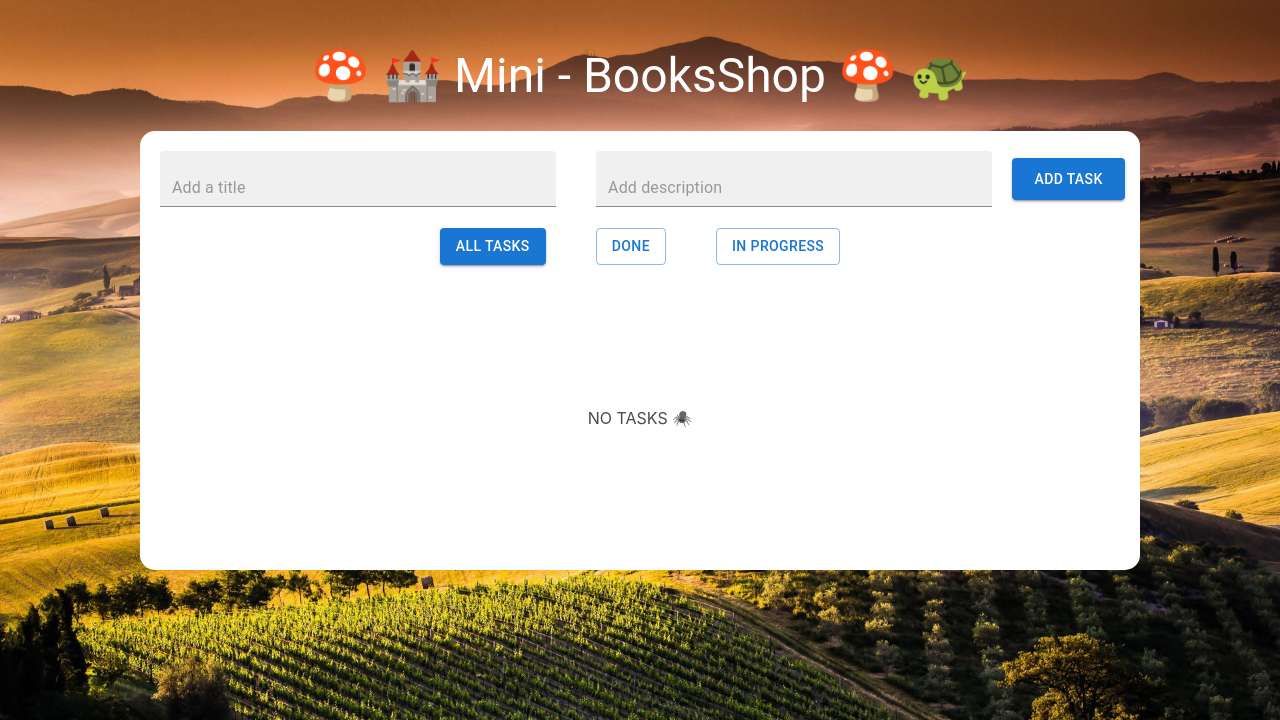
Repository: Tracy-maker/mini-bookshop
Page: /
These files come from the project's save history. The page is drawn as it stood at one moment and after a run of saves; the edit follows.
The browser window is 1280 px wide. The pictures show the whole page.
The project was rebuilt for these pictures with package versions that can differ from the ones it lists, and the page was loaded fresh each time. Also part of the build but not shown: src/components/TaskEdit.js, src/components/TaskShow.js.

Above is the page before, as saved 2023-09-21 13:17:09.

After the next 2 saves:
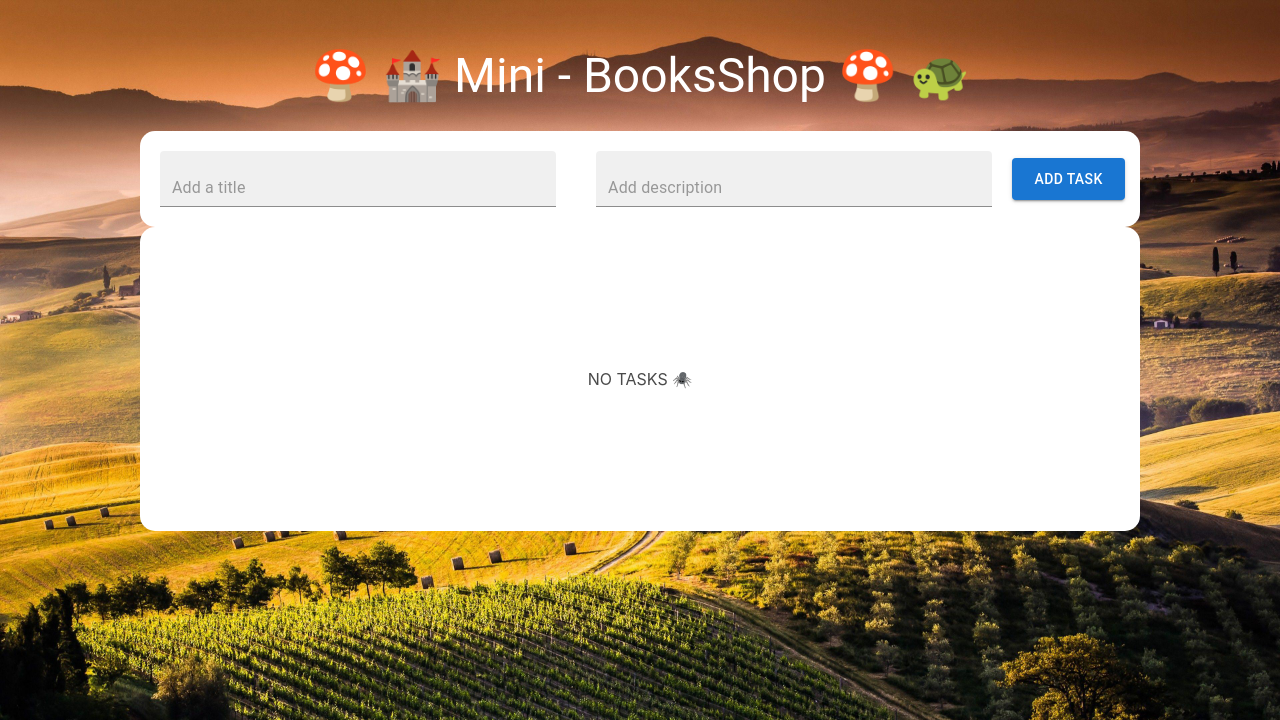
The 2 saves are shown as one change because they came seconds apart.
The last was saved 9 min 20 s later.
--- a/src/App.js
+++ b/src/App.js
@@ -121,11 +121,12 @@ function App() {
   return (
     <StyledContainer>
       <Title variant="h3" gutterBottom>
-      🍄 🏰 Mini - BooksShop 🍄 🐢
+        🍄 🏰 Mini - BooksShop 🍄 🐢
       </Title>
       <TaskForm>
         <CreateTask onCreate={createTask} />
-        <TaskButton defaultValue={filter} onFilterChange={handleFilterTasks} />
+      </TaskForm>
+      <TaskForm>
         <TaskList
           toggleCheckedBoxById={toggleCheckedBoxById}
           tasks={filteredTasks}
